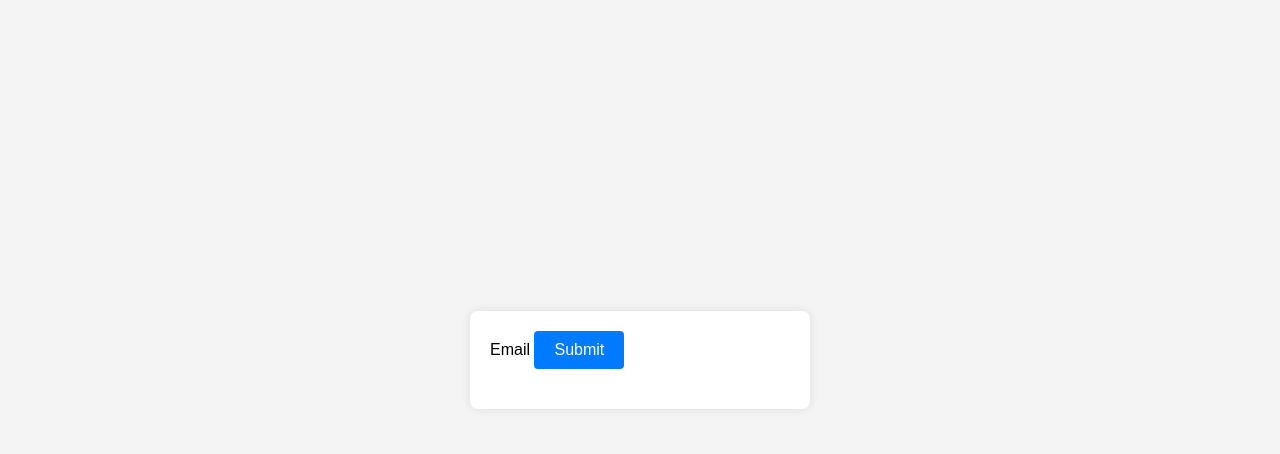
Repository: Ndifoinhilary/authentication
Page: http://localhost/auth/login/
An editor plug-in stored every save of this project. The page is shown before and after the next save, followed by the edit.
The browser window is 1280 px wide. The pictures show the whole page.
The page is served by the project's application, run on Django 3.2 (manage.py). Other server files are loaded and not shown.

Above is the page before, as saved 2024-01-05 15:50:08.

### Auth/templates/login.html
<!DOCTYPE html>
<html lang="en">

<head>
    <meta charset="UTF-8">
    <meta name="viewport" content="width=device-width, initial-scale=1.0">
    <style>
        body {
            font-family: 'Arial', sans-serif;
            background-color: #f4f4f4;
            margin: 0;
            padding: 0;
            display: flex;
            justify-content: center;
            align-items: center;
            height: 100vh;
        }

        form {
            background-color: #fff;
            padding: 20px;
            border-radius: 8px;
            box-shadow: 0 0 10px rgba(0, 0, 0, 0.1);
            width: 300px;
        }

        .input {
            margin-bottom: 20px;
        }

        .label {
            display: block;
            margin-bottom: 5px;
            font-weight: bold;
        }

        .form-control {
            width: 100%;
            padding: 8px;
            border: 1px solid #ccc;
            border-radius: 4px;
            box-sizing: border-box;
        }

        .mb-4 {
            margin-bottom: 16px;
        }

        .btn {
            background-color: #007bff;
            color: #fff;
            padding: 10px 20px;
            border: none;
            border-radius: 4px;
            cursor: pointer;
            font-size: 16px;
        }

        .btn:hover {
            background-color: #0056b3;
        }
    </style>
</head>

<body>
    <form action="{% url 'register'  %}" class="form-border" method="POST">
        {% csrf_token %}
        <div class="input">
         <lable class="lable">Email</lable>
         <button type="submit" class="btn">Submit</button>
        </div>
    </form>
</body>

</html>

### Auth/views.py
# pylint: disable=unused-argument
from django.shortcuts import render, redirect
from django.contrib import messages
from django.contrib.auth import authenticate, login, logout
from Auth.forms import RegistrationForm

# Create your views here.


def homePage(request):
    user = request.user
    return render(request, "home.html", {"user": user})


def registerUser(request):
    form = RegistrationForm()

    if request.method == "POST":
        form = RegistrationForm(request.POST)
        if form.is_valid():
            user = form.save(commit=False)
            user.email = user.email.lower()
            user.save()

            messages.success(request, "Your account has been created successfully")

            if user is not None:
                login(request, user)
                return redirect("home")
        else:
            messages.error(request, "Check your credentials and try again")
    return render(request, "register.html", {"form": form})


def loginUser(request):
    return render(request, "login.html")


def logoutUser(request):
    logout(request)
    return redirect("home")

### authentication/urls.py
from django.contrib import admin
from django.urls import path, include
from django.conf import settings
from django.conf.urls.static import static

urlpatterns = [path("admin/", admin.site.urls), path("", include("Auth.urls"))]


urlpatterns += static(settings.MEDIA_URL, document_root=settings.MEDIA_ROOT)
urlpatterns += static(settings.STATIC_URL, document_root=settings.MEDIA_ROOT)

### Auth/urls.py
# pylint: disable=trailing-whitespace
from django.urls import path

from . import views


urlpatterns = [
    path("", views.homePage, name="home"),
    path("auth/login/", views.loginUser, name="login"),
    path("auth/register/", views.registerUser, name="register"),
    path("auth/logout/", views.logoutUser, name="logout"),
]

After the next save:
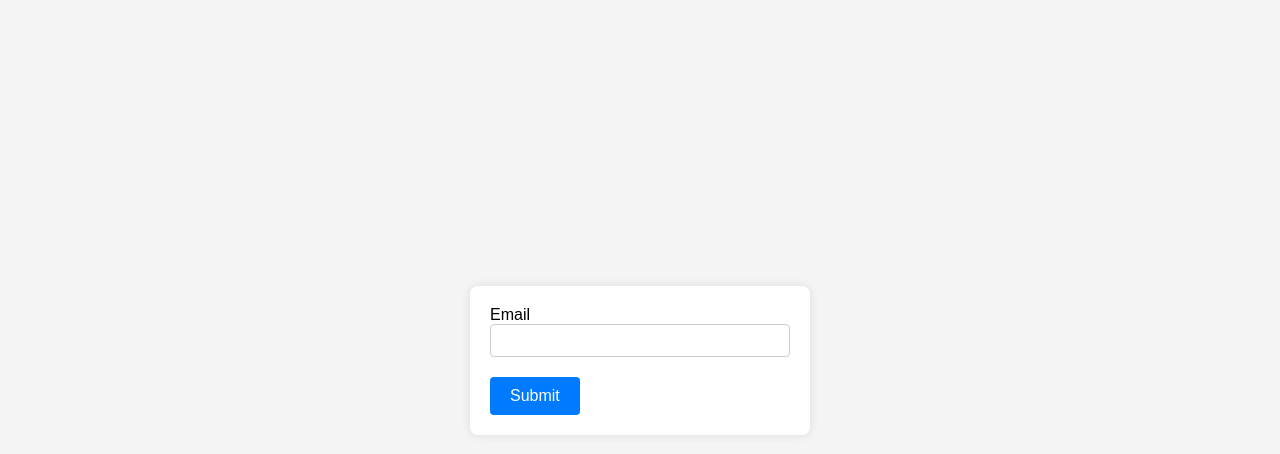
Saved 2 min 25 s later.
--- a/Auth/templates/login.html
+++ b/Auth/templates/login.html
@@ -67,8 +67,10 @@
         {% csrf_token %}
         <div class="input">
          <lable class="lable">Email</lable>
+         <input type="email" class="form-control mb4">
+        </div>
          <button type="submit" class="btn">Submit</button>
-        </div>
+
     </form>
 </body>
 
